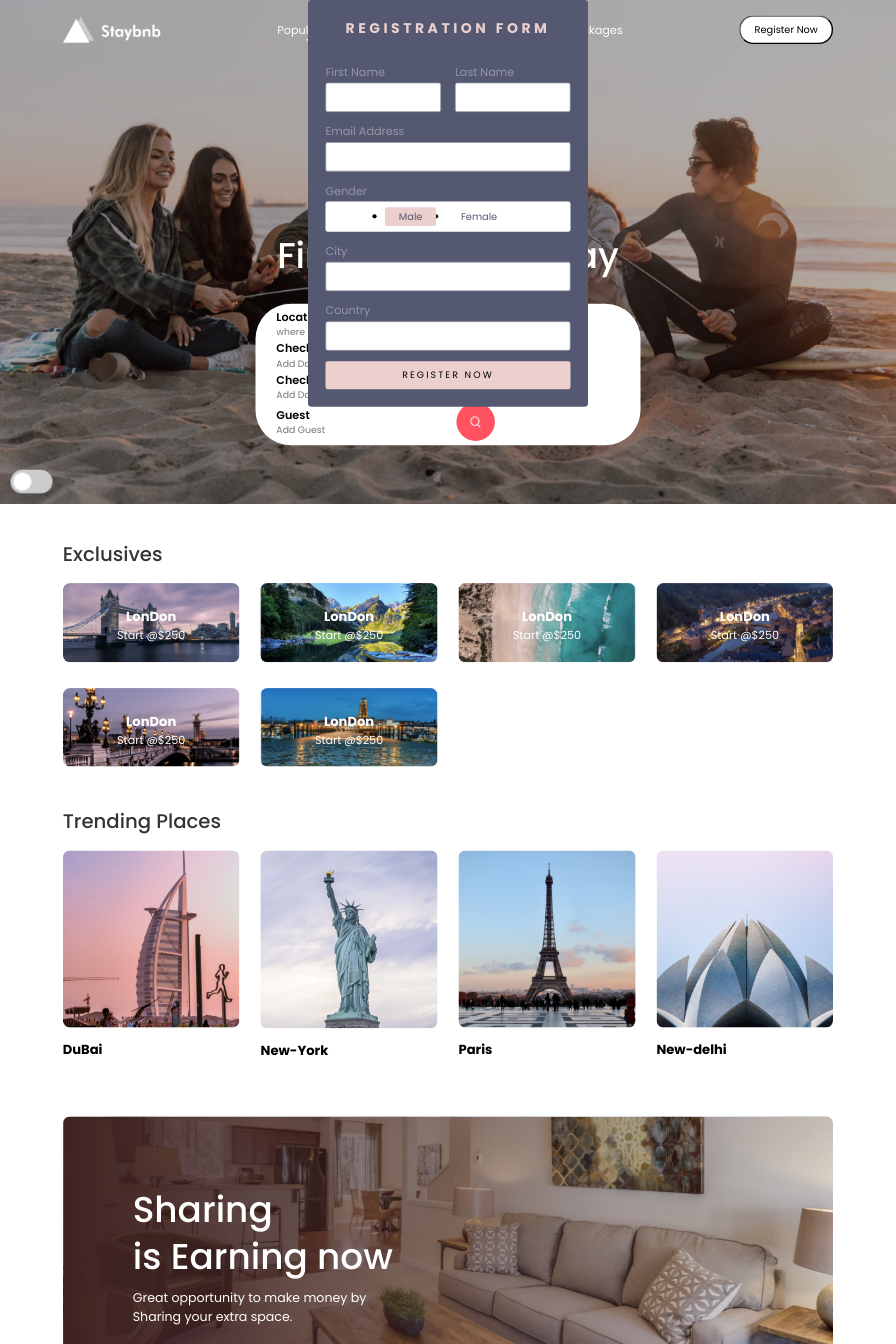
Repository: pinocoding/AirBnB
Page: index.html
The author's editor kept a copy of each file at every save. The page is drawn from the files as they stood at one save, then again after the next save.
The browser window is 1280 px wide. The pictures show the part of the page from y = 0 to 1920 px (the page is 3041 px tall), at 70% of full size.

Above is the page before, as saved 2022-02-13 12:05:02.

After the next save:
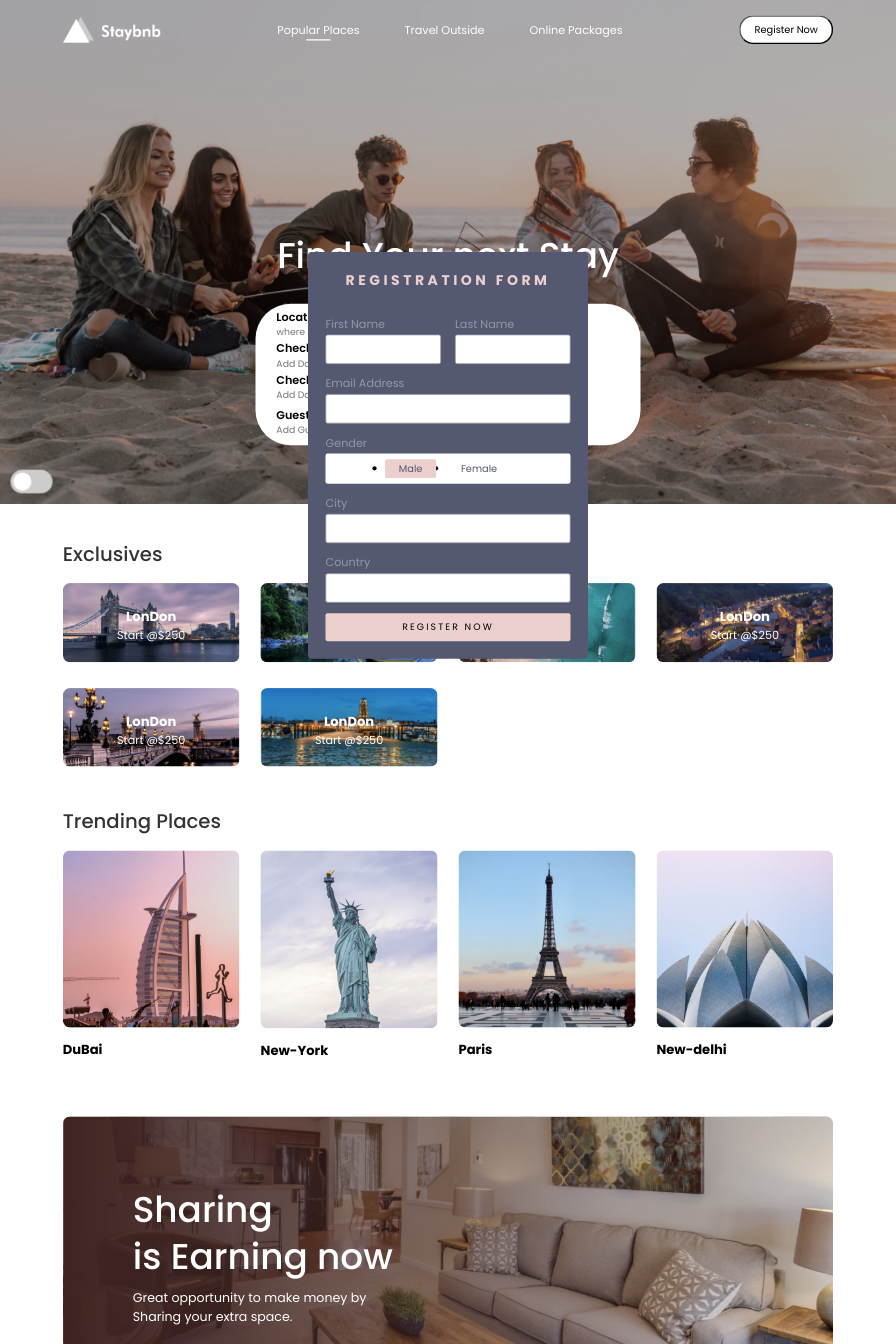
Saved 11 s later.
--- a/style.css
+++ b/style.css
@@ -313,7 +313,7 @@ nav {
     z-index: 99;
     top: 50%;
     left: 50%;
-    transform: translate(-50%, -50%);
+    transform: translate(-50%);
 }
 
 .registration_form {
